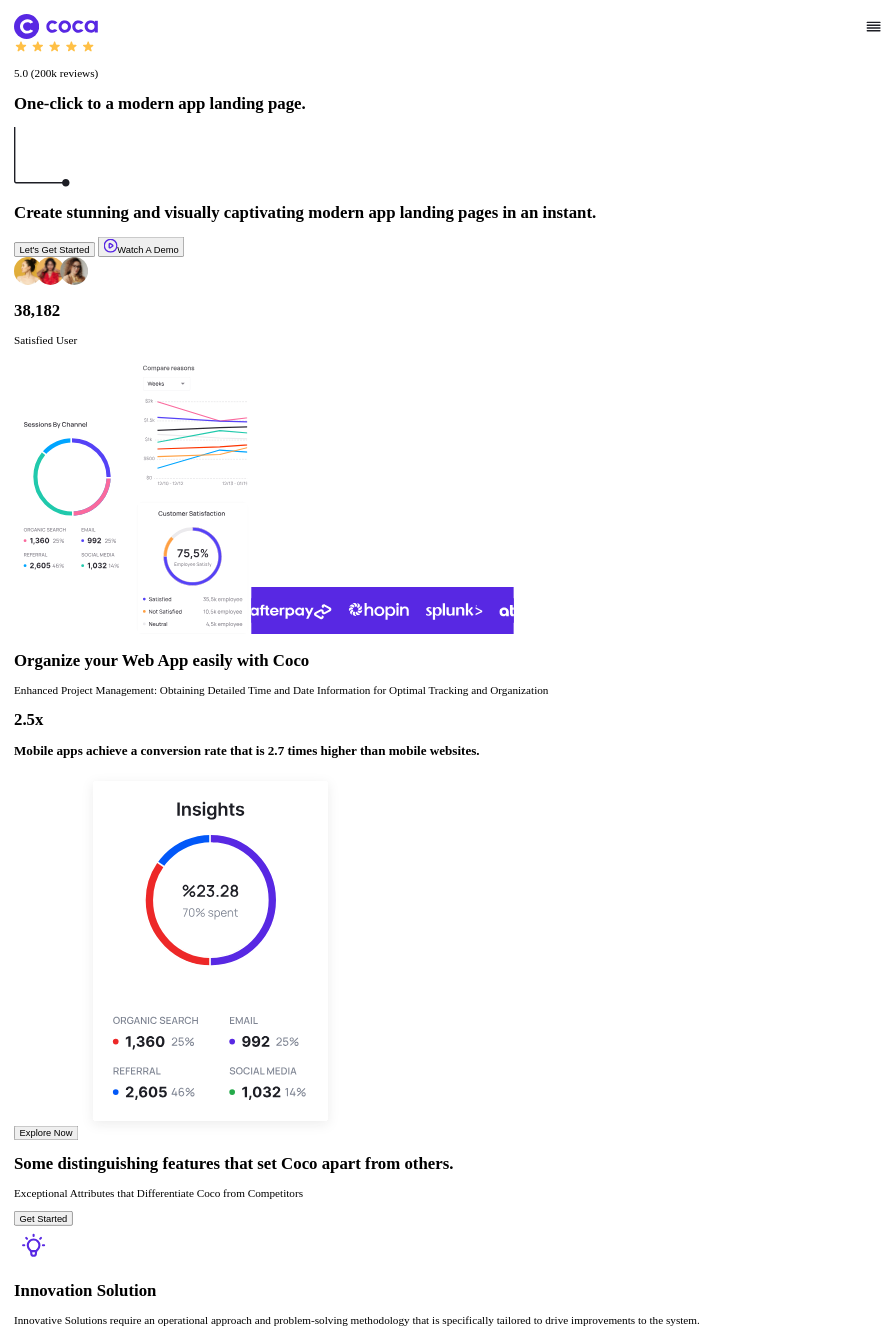
Repository: enzoventuri/Recuperacao-FrontEnd
Page: index.html
An editor plug-in stored every save of this project. The page is shown before and after a run of saves, followed by the edit.
The browser window is 1280 px wide. The pictures show the part of the page from y = 0 to 1920 px (the page is 5079 px tall before and 5136 px after), at 70% of full size.

Above is the page before, as saved 2026-06-22 19:18:08.

### index.html
<!DOCTYPE html>
<html lang="pt-br">
<head>
    <meta charset="UTF-8">
    <meta name="viewport" content="width=device-width, initial-scale=1.0">
    <title>coca | Hub</title>
    <link rel="stylesheet" href="./style.css">
</head>
<body>
    <!-- HEADER | Coca Title and User related Statistics -->
    <header>
        <nav class="nav">
            <div class="coca-title">
                <img class="coca-icon" src="./assets/icons/coca-icon-purple.svg" alt="">
                <img class="coca-logo" src="./assets/icons/coca-logo-purple.svg" alt="Coca company logo">
            </div>

            <!-- Navigation Text that will only appear on a desktop screen size -->
            <div class="nav-text-desktop">
                <a href="/">Home</a>
                <a href="/">About</a>
                <a href="/">Blog</a>
                <a href="/">Pricing</a>
                <a href="/">Contact Us</a>

                <button class="purple-button">Start For Free</button>
            </div>

            <!-- Hamburger menu only appears on mobile! -->
            <img id="menu-hamburger" src="./assets/icons/menu-hamburger.svg" alt="Menu Hamburger">
        </nav>

        <!-- Title and info of the beginning of the App -->
        <section class="head" aria-label="Introduction">
            <div class="rating">
                <img src="./assets/icons/review-stars.svg" alt="Quantity of stars review for coca">
                <p>5.0 (200k reviews)</p>
            </div>

            <h1>One-click to a modern app landing page.</h1>

            <div class="company-description">
                <img src="./assets/images/right-circle-arrow.svg" alt="Black arrow going from the top to the rightt with a circle tip">
                <h2>Create stunning and visually captivating modern app landing pages in an instant.</h2>
            </div>

            <div class="buttons-title">
                <button class="purple-button">Let's Get Started</button>
                <button id="white-button"><img src="./assets/icons/play-recording-icon.svg" alt="Recording symbol">Watch A Demo</button>
            </div>

            <div class="satisfied-users">
                <img src="./assets/images/satisfied-users.svg" alt="Users that were satisfied with our Product">
                <h2>38,182</h2>
                <p>Satisfied User</p>
            </div>

            <img src="./assets/images/coca-stats.svg" alt="Coca statistics related with user satisfaction and sessions">

            <img src="./assets/images/brands-coca.svg" alt="Brands that have partnered with Coca">

        </section>
    </header>

    <main>
        <!-- Benefits and differential of Coca -->
        <section class="coca-benefits">
            <h2>Organize your Web App easily with Coco</h2>
            <p>Enhanced Project Management: Obtaining Detailed Time and Date Information for Optimal Tracking and Organization</p>
            <h2>2.5x</h2>
            <h3>Mobile apps achieve a conversion rate that is 2.7 times higher than mobile websites.</h3>

            <button class="purple-button">Explore Now</button>

            <img src="./assets/images/insights.svg" alt="Company Insights">
        </section>

        <!-- What actually differentiates from competitors (features) -->
        <section class="distinct-features">
            <h1>Some distinguishing features that set Coco apart from others.</h1>
            <p>Exceptional Attributes that Differentiate Coco from Competitors</p>

            <button class="purple-button">Get Started</button>

            <!-- The following articles are cards that describe these features -->
            <article class="features-card">
                <img src="./assets/icons/lightbulb-icon.svg" alt="Purple lightbulb indicating idea">

                <h2>Innovation Solution</h2>
                <p>Innovative Solutions require an operational approach
                    and problem-solving methodology that is specifically tailored to drive improvements to the system.</p>

                <h3>Learn More</h3>
                <img src="./assets/icons/right-arrow.svg" alt="White arrow pointing to the right with a purple background">
            </article>

            <article class="features-card">
                <img src="./assets/icons/lock-icon.svg" alt="Green opened lock">

                <h2>Secure Database</h2>
                <p>A work that can be considered to have practical utility, such as software and apps,
                    should be objective and non-fictional, devoid of subjective viewpoints.</p>

                <h3>Learn More</h3>
                <img src="./assets/icons/right-arrow.svg" alt="White arrow pointing to the right with a purple background">
            </article>

            <article class="features-card">
                <img src="./assets/icons/lightbulb-icon.svg" alt="Purple lightbulb indicating idea">

                <h2>Fully Functional</h2>
                <p>A work that can be considered to have practical utility,
                    such as software and apps, should be objective and non-fictional, devoid of subjective viewpoints.</p>

                <h3>Learn More</h3>
                <img src="./assets/icons/right-arrow.svg" alt="White arrow pointing to the right with a purple background">
            </article>
        </section>


        <!--SECTION / PRICING PLANS-->
        <section class="pricing">

            <p class="attributes" >Pricing</p>

            <h1 class="title-pricing" >Pricing plans that scale</h1>

            <p class="text-pricing">Simple, transparent pricing that grows with you. Try any plan free for 30 days.</p>

            <!--CARD FREE PLAN-->
        <article class="card-plan-free">

            <h2>$0/month</h2>

            <h3>Personal</h3>

            <p>Ideal for small teams and startups.</p>

            <div class="grid-topics-plan">

            <div class="topic">
                <img src="" alt="Check Icon Enabled">
                <p>Access to all basic features</p>
            </div>

            <div class="topic">
                <img src="" alt="Check Icon Enabled">
                <p>Basic reporting and analytics</p>
            </div>

            <div class="topic">
                <img src="" alt="Check Icon Enabled">
                <p>Up to 10 individual users</p>
            </div>

            <div class="topic">
                <img src="" alt="Check Icon Disabled">
                <p>20GB individual data each user</p>
            </div>

            <div class="topic">
                <img src="" alt="Check Icon Disabled">
                <p>Basic chat and email support</p>
            </div>

            <div class="topic">
                <img src="" alt="Check Icon Disabled">
                <p>Another feature</p>
            </div>

            <div class="topic">
                <img src="" alt="Check Icon Disabled">
                <p>Another feature</p>
            </div>

            <button class="button-get-start">Get Started</button>

        </article>

            <!--CARD BASIC PLAN ($10)-->
        <article class="card-plan-basic">

            <div class="title-plan">
                <h2>Basic plan</h2>
                <p class="attributes">Popular</p>
            </div>

            <p>Our most popular plan for small teams.</p>


            <h3 class="price">$10</h3>
            <span>per month</span>


            <div class="grid-topics-plan">

                <h4>FEATURES</h4>

                <p>Everything in our <strong>free plan</strong> plus....</p>

                <div id="grid-topics-column-1">

                    <div class="topic">
                        <img src="" alt="Check Icon Enabled">
                        <p>Access to all basic features</p>
                    </div>

                    <div class="topic">
                        <img src="" alt="Check Icon Enabled">
                        <p>Basic reporting + analytics</p>
                    </div>

                    <div class="topic">
                        <img src="" alt="Check Icon Enabled">
                        <p>Up to 10 individual users</p>
                    </div>

                    <div class="topic">
                        <img src="" alt="Check Icon Enabled">
                        <p>20GB individual data</p>
                    </div>

                    <div class="topic">
                        <img src="" alt="Check Icon Enabled">
                        <p>Basic chat support</p>
                    </div>

                </div>

                <div id="grid-topics-column-2">

                    <div class="topic">
                        <img src="" alt="Check Icon Enabled">
                        <p>Attend events</p>
                    </div>

                    <div class="topic">
                        <img src="" alt="Check Icon Enabled">
                        <p>Automatic updates</p>
                    </div>

                    <div class="topic">
                        <img src="" alt="Check Icon Enabled">
                        <p>Backup your account</p>
                    </div>

                    <div class="topic">
                        <img src="" alt="Check Icon Enabled">
                        <p>Audit log and notes</p>
                    </div>

                    <div class="topic">
                        <img src="" alt="Check Icon Enabled">
                        <p>Feature requests</p>
                    </div>

                </div>

                <button class="button-get-start">Get Started</button>

            </div>

        </article>

        </section>

        <!--SECTION / OUR REVIEWS-->
        <section class="reviews">

            <p class="attributes" >Happy Custumers</p>

            <h1>How Happy they are with our service</h1>

            <img src="" alt="First Review">

            <img src="" alt="Second Review" id="columns-2">

            <img src="" alt="Third Review" id="column-3">

            <button class="view-all">View All</button>

        </section>

        <!--SECTION | OUR PRODUCT DIFFERENTIAL (SECURITY)-->
        <section class="dating-security">

            <h1 class="title-differencial" >We prioritize your dating security. Explore now!</h1>

            <p class="text-differencial">We make dating secure and hassle-free, so you can focus on finding love. Explore our dating services now!</p>

            <button class="button-start-now" aria-label="Get Started Now">Get Started Now</button>

        </section>
    </main>



    <!--FOOTER-->
    <footer>

        <div class="title-footer">
            <img src="assets/icons/coca-icon-white.svg " alt="Icon da coca">
            <img src="assets/icons/coca-logo-white.svg" alt="Logo da coca com texto">
        </div>

        <p class="description-footer">Design amazing digital experiences that create more happy in the world.</p>

        <p class="title-download"></p>

        <img src="" alt="Download pela App Store">
        <img src="" alt="Download pela Google Play">

        <div class="topics-footer">

            <a href="">Overview</a>
            <a href="">Pricing</a>
            <a href="">Help</a>
            <a href="">Features</a>
            <a href="">Careers</a>

        </div>

        <div class="grid-icons-footer">
            <img src="" alt="Facebook Icon">
            <img src="" alt="Twitter Icon">
            <img src="" alt="Instagram Icon">
            <img src="" alt="Linkedin Icon">
        </div>

        <div class="terms-policy">
            <a href="">Terms & Conditions</a>
            <a href="">Privacy Policy</a>
        </div>

        <p class="copyright-text">© Coca Pay by Sans Brothers</p>

        <div class="icons-flex-desktop">
            <img src="" alt="Twiter Icon">
            <img src="" alt="Linkedin Icon">
            <img src="" alt="Facebook Icon">
            <img src="" alt="Github Icon">
            <img src="" alt="AngelList Icon">
            <img src="" alt="Dribbble Icon">
        </div>

    </footer>
</body>
</html>

### style.css
@import url('https://fonts.googleapis.com/css2?family=PT+Serif:ital,wght@0,400;0,700;1,400;1,700&family=Plus+Jakarta+Sans:ital,wght@0,200..800;1,200..800&display=swap');
@import url('https://fonts.googleapis.com/css2?family=Inter:ital,opsz,wght@0,14..32,100..900;1,14..32,100..900&family=PT+Serif:ital,wght@0,400;0,700;1,400;1,700&family=Plus+Jakarta+Sans:ital,wght@0,200..800;1,200..800&display=swap');
@import url('https://fonts.googleapis.com/css2?family=Inter:ital,opsz,wght@0,14..32,100..900;1,14..32,100..900&family=PT+Serif:ital,wght@0,400;0,700;1,400;1,700&family=Plus+Jakarta+Sans:ital,wght@0,200..800;1,200..800&family=Poppins:ital,wght@0,100;0,200;0,300;0,400;0,500;0,600;0,700;0,800;0,900;1,100;1,200;1,300;1,400;1,500;1,600;1,700;1,800;1,900&display=swap');


body {
    margin: 1.25rem;
    margin-bottom: 0rem;
}

.nav-text-desktop, #column-3, #column-2, .icons-flex-desktop {
    display: none;
}

.nav {
    display: flex;

    justify-content: space-between;
}

.coca-title {
    display: flex;
    align-items: center;
}

.coca-icon {
    padding-right: 0.625rem;

    3,58125
}

/* FOOTER */
footer
{
    background-color: #070127;
    max-width: 100em;
    max-height: 660px;
    height: 100em;


    .title-footer
    {
        display: flex;
        gap: 12px;
        margin-left: 17px;
        padding-top: 54px;
    }

    .description-footer
    {
        font-family: Inter;
        font-size: 1rem;
        font-weight: 500;
        color: #FFFFFF;
        margin-left: 20px;
    }
}




@media (min-width: 768px) {

}

@media (min-width: 1440px) {

}

After the next 2 saves:
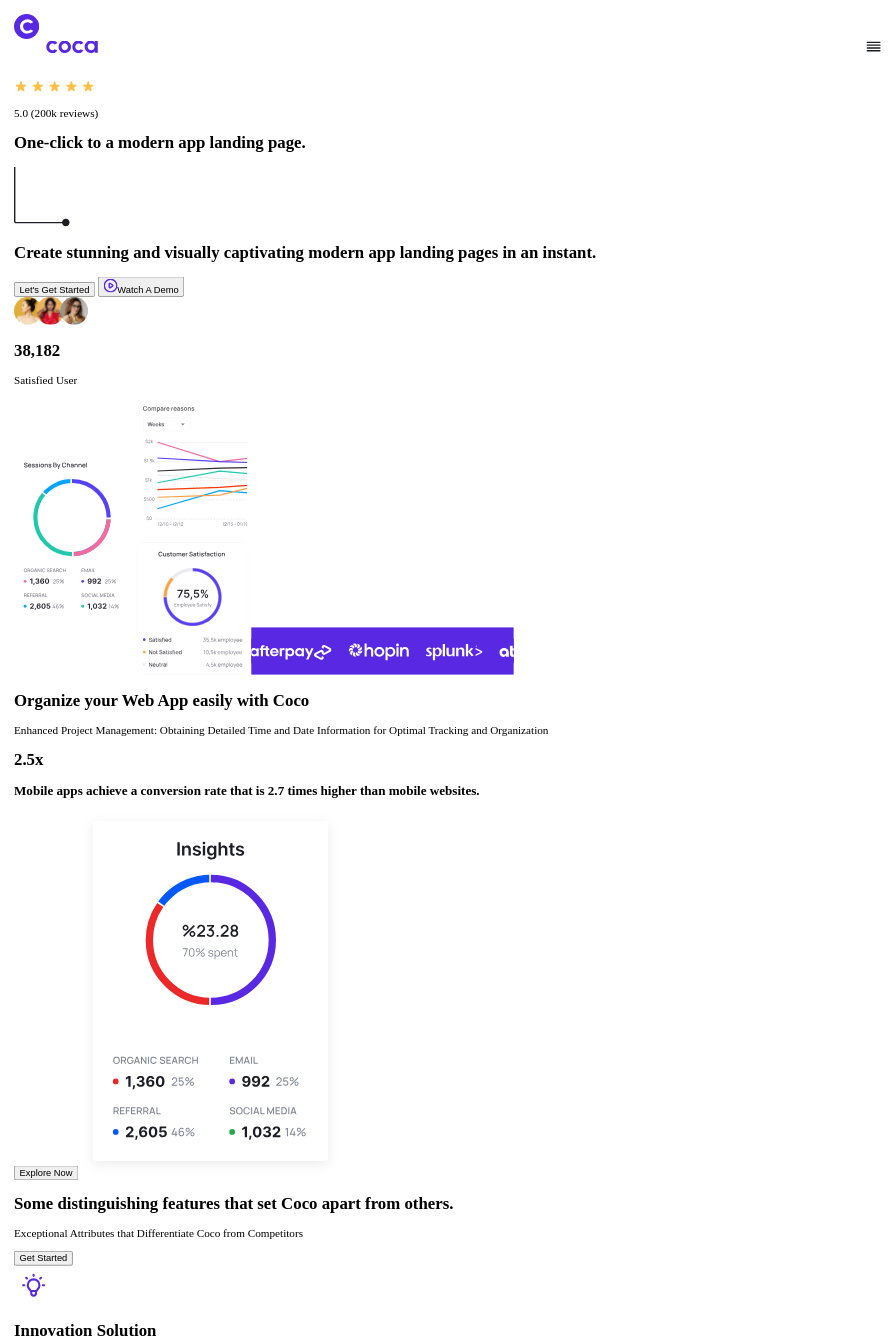
The 2 saves are shown as one change because they came seconds apart.
The last was saved 6 s later.
--- a/style.css
+++ b/style.css
@@ -26,7 +26,7 @@
 .coca-icon {
     padding-right: 0.625rem;
 
-    3,58125
+    margin-bottom: 3.58125rem;
 }
 
 /* FOOTER */

After the save that followed:
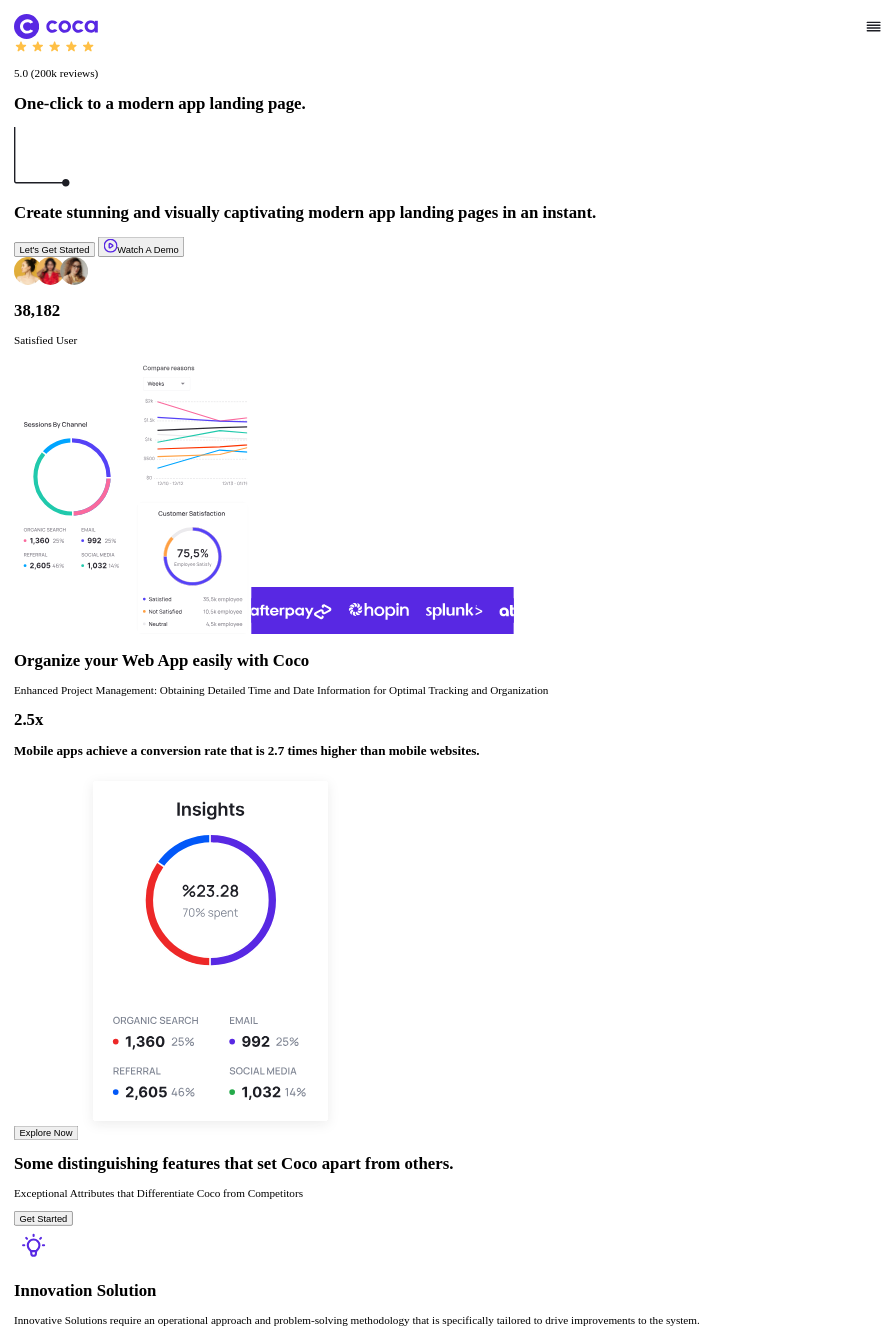
Saved 7 s later.
--- a/style.css
+++ b/style.css
@@ -25,8 +25,6 @@
 
 .coca-icon {
     padding-right: 0.625rem;
-
-    margin-bottom: 3.58125rem;
 }
 
 /* FOOTER */
